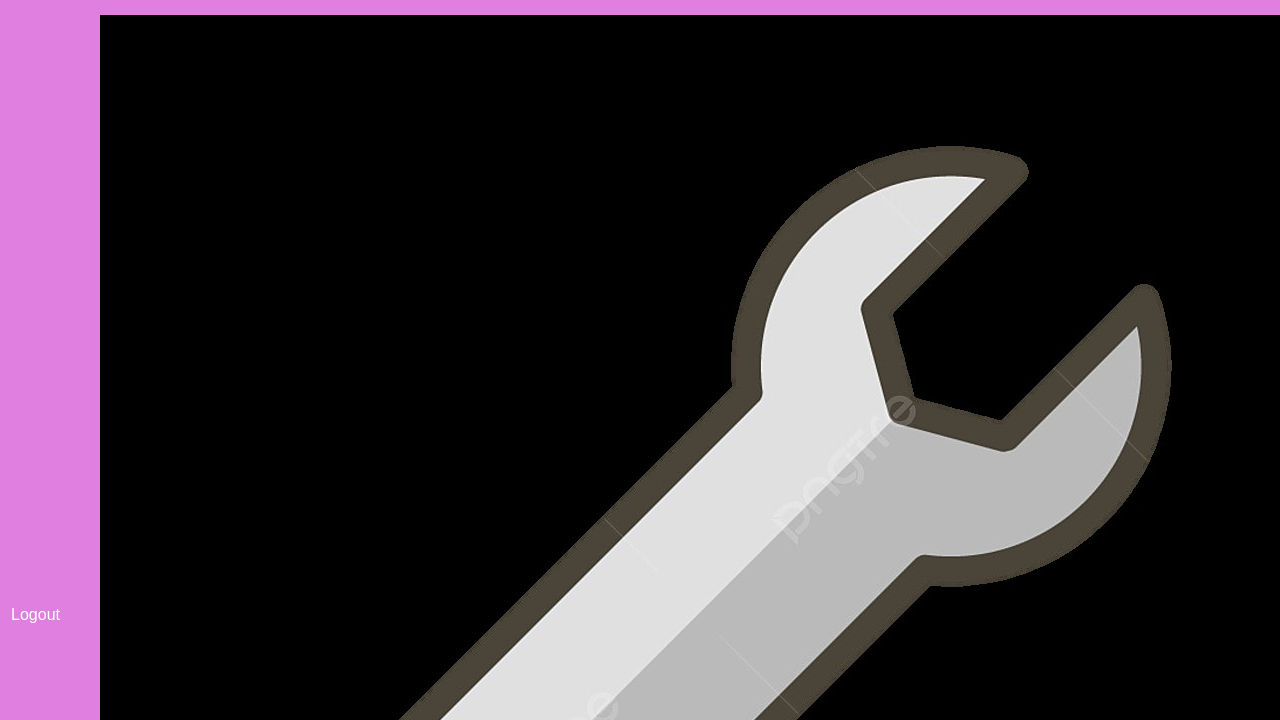
Repository: maxdl98/AppAuto
Page: http://localhost/index
The author's editor kept a copy of each file at every save. The page is drawn from the files as they stood at one save, then again after the next save.
The browser window is 1280 px wide. The pictures show the whole page.
The page is this project's Thymeleaf template; nobody is signed in. The template is opened directly, without the code that normally fills it, so the values that code supplies are empty.

Above is the page before, as saved 2025-01-12 23:27:09.
Console error: TypeError: Cannot set properties of null (setting 'innerText')

After the next save:
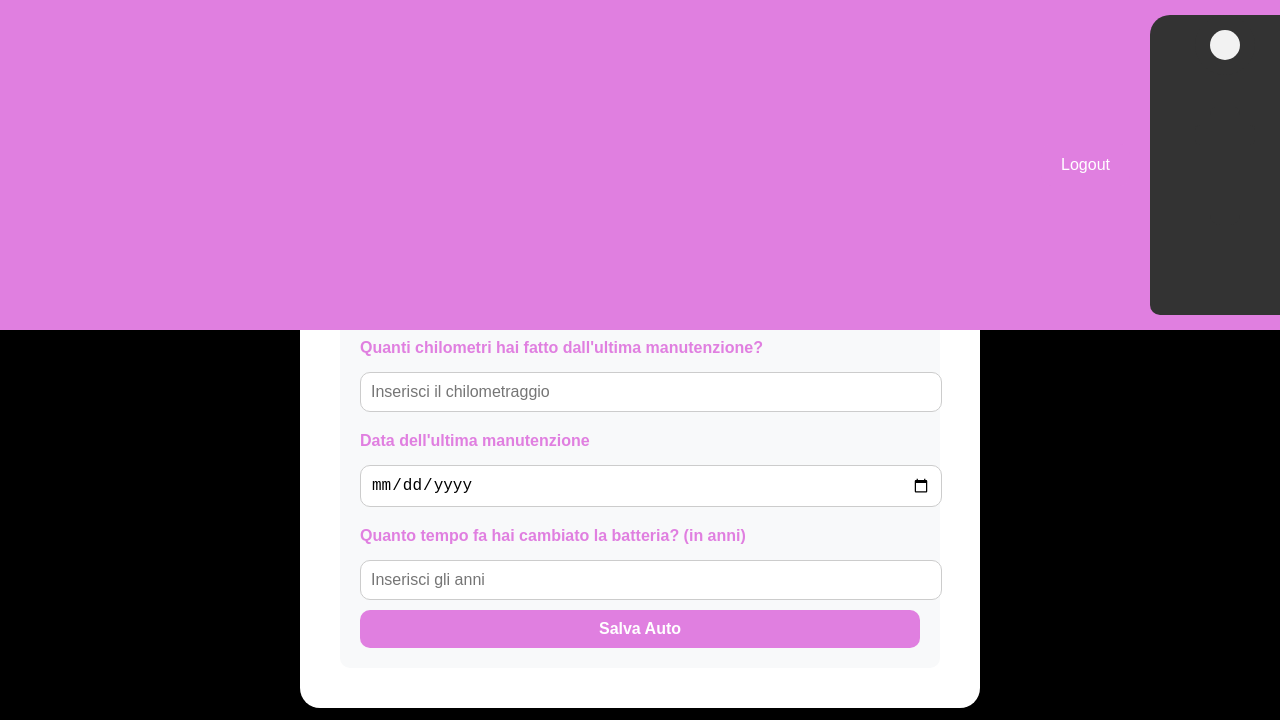
Saved 6 min 41 s later.
--- a/AutoApp/src/main/resources/templates/index.html
+++ b/AutoApp/src/main/resources/templates/index.html
@@ -115,6 +115,70 @@
         .auto-form button:hover {
             background-color: #c97bcd;
         }
+         .chiave-inglese {
+            width: 150px;
+            height: 300px;
+            position: relative;
+            background-color: #333;
+            border-radius: 20px 20px 10px 10px;
+        }
+
+        .chiave-inglese:before {
+            content: "";
+            position: absolute;
+            top: 50%;
+            left: 50%;
+            width: 50px;
+            height: 10px;
+            background-color: #333;
+            border-radius: 5px;
+            transform: translate(-50%, -50%) rotate(90deg);
+        }
+
+        .testa {
+            position: absolute;
+            top: 0;
+            left: 50%;
+            width: 60px;
+            height: 60px;
+            background-color: #333;
+            border-radius: 50%;
+            transform: translateX(-50%);
+        }
+
+        .testa:before {
+            content: "";
+            position: absolute;
+            top: 15px;
+            left: 15px;
+            width: 30px;
+            height: 30px;
+            background-color: #f2f2f2;
+            border-radius: 50%;
+        }
+
+        .manico {
+            position: absolute;
+            top: 30%;
+            left: 50%;
+            width: 30px;
+            height: 120px;
+            background-color: #333;
+            border-radius: 10px;
+            transform: translateX(-50%);
+        }
+
+        /* Dettagli aggiuntivi della chiave */
+        .manico:before {
+            content: "";
+            position: absolute;
+            top: 20px;
+            left: -15px;
+            width: 60px;
+            height: 20px;
+            background-color: #333;
+            border-radius: 5px;
+        }
     </style>
 </head>
 
@@ -122,8 +186,10 @@
     <!-- Top bar -->
     <div class="topbar">
         <button id="logoutBtn" class="logout-btn">Logout</button>
-        <img src="/chiave.jpg" alt="chiave" class="foto1" />
-
+ <div class="chiave-inglese">
+        <div class="testa"></div>
+        <div class="manico"></div>
+    </div>
     </div>
 
     <!-- Form per raccogliere i dati dell'auto -->
